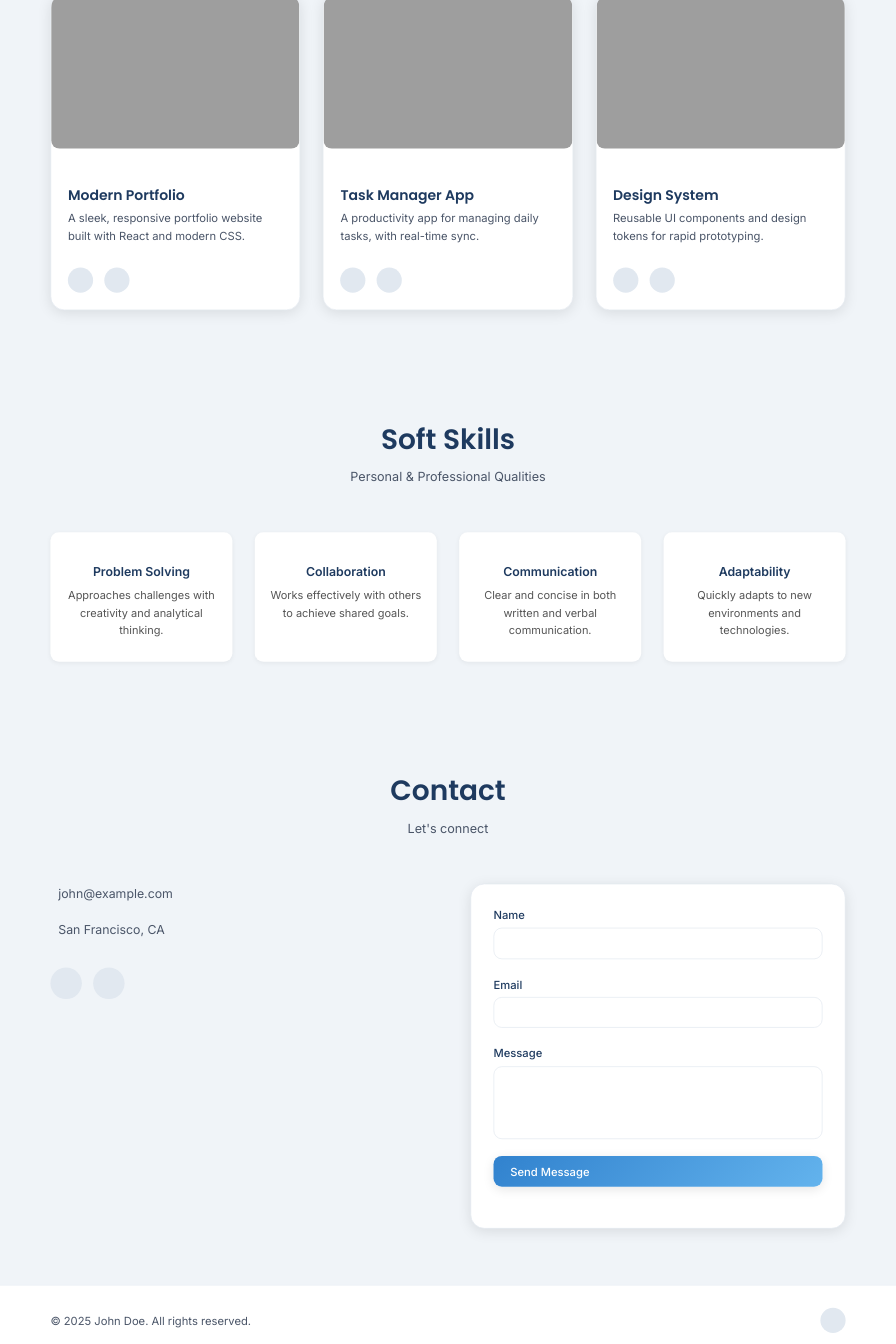
Repository: TharunPathakamuri/Portfolio
Page: index.html
An editor plug-in stored every save of this project. The page is shown before and after the next save, followed by the edit.
The browser window is 1280 px wide. The pictures show the part of the page from y = 2496 to 4416 px (the page is 4416 px tall), at 70% of full size.
Pictures or frames that could not be fetched are drawn as grey boxes.

Above is the page before, as saved 2025-07-04 23:37:50.

After the next save:
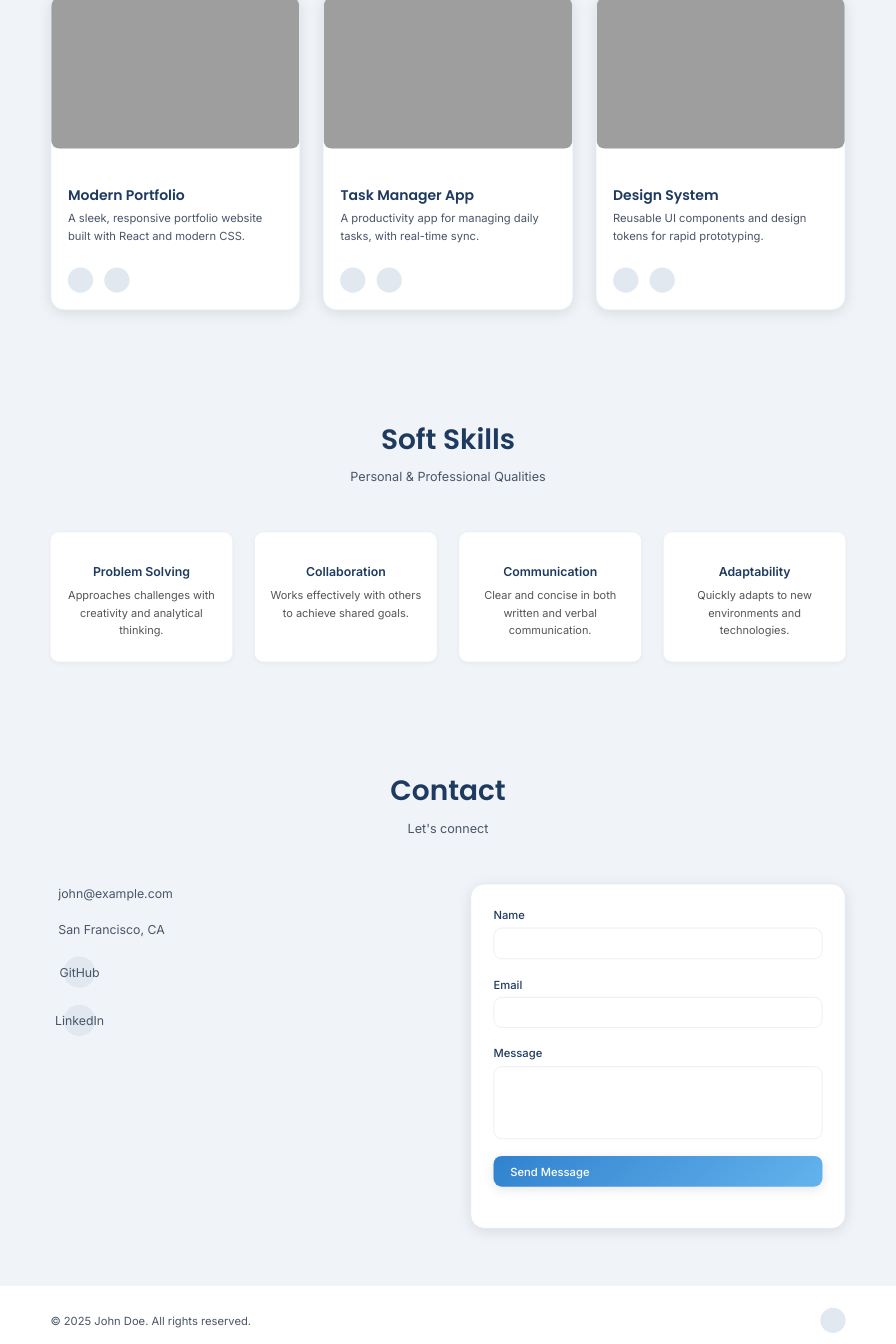
Saved 53 s later.
--- a/index.html
+++ b/index.html
@@ -473,22 +473,28 @@
               <i class="lucide lucide-map-pin"></i>
               <span>San Francisco, CA</span>
             </div>
-            <div class="contact-social">
+            <div class="contact-item">
+              <i class="lucide lucide-github"></i>
               <a
                 href="https://github.com"
                 target="_blank"
                 rel="noopener noreferrer"
                 class="social-link"
+                style="margin-left: 0.5rem;"
               >
-                <i class="lucide lucide-github"></i>
+                GitHub
               </a>
+            </div>
+            <div class="contact-item">
+              <i class="lucide lucide-linkedin"></i>
               <a
                 href="https://linkedin.com"
                 target="_blank"
                 rel="noopener noreferrer"
                 class="social-link"
+                style="margin-left: 0.5rem;"
               >
-                <i class="lucide lucide-linkedin"></i>
+                LinkedIn
               </a>
             </div>
           </div>
